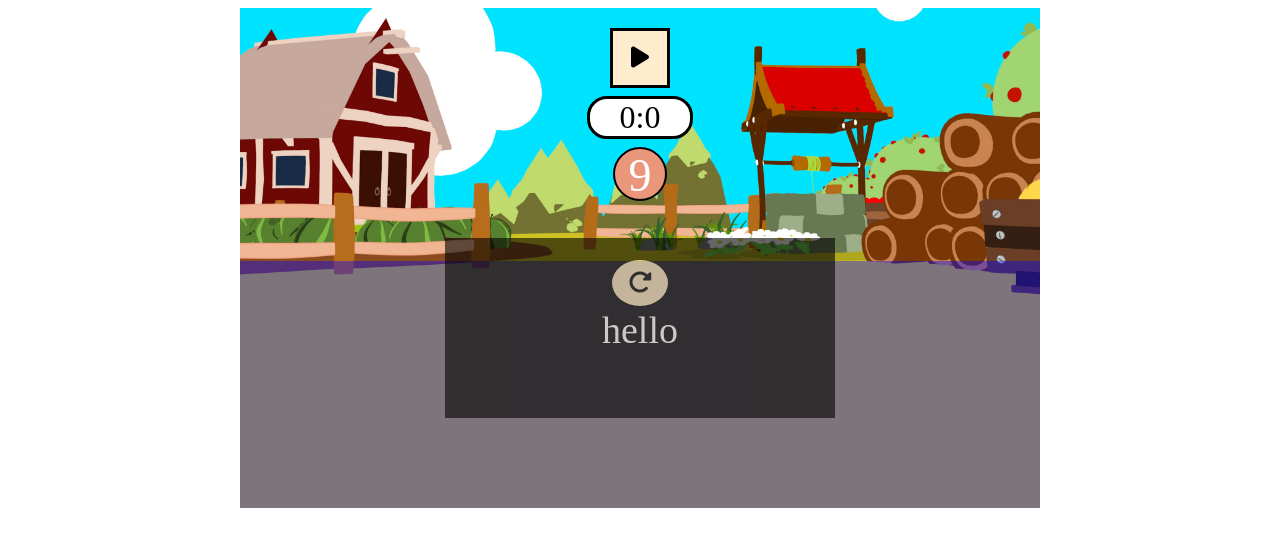
Repository: ggandory/browser101
Page: chapter7/carrot/index.html
The author's editor kept a copy of each file at every save. The page is drawn from the files as they stood at one save, then again after the next save.
The browser window is 1280 px wide. The pictures show the whole page.
Some web libraries are served in a nearby version.

Above is the page before, as saved 2024-05-01 23:06:24.

After the next save:
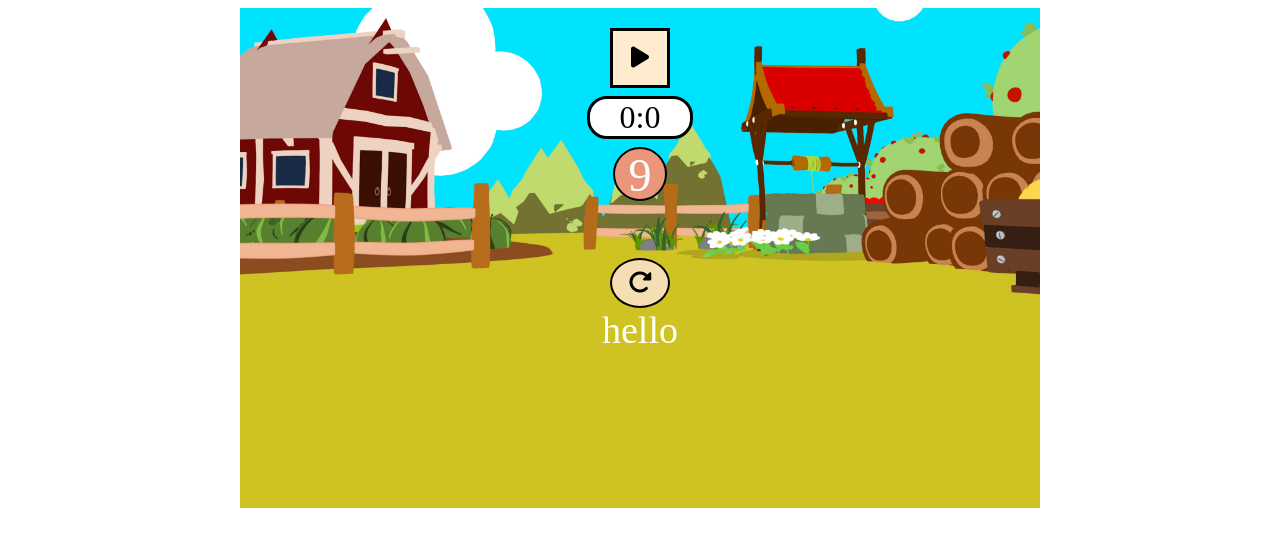
Saved 91 s later.
--- a/chapter7/carrot/style.css
+++ b/chapter7/carrot/style.css
@@ -61,7 +61,6 @@ body {
   width: 100%;
   height: 100%;
   margin-top: 40px;
-  background-color: blue;
   opacity: 0.4;
 }
 
@@ -69,10 +68,10 @@ body {
   width: 350px;
   height: 140px;
   padding: 20px;
-  background-color: black;
+  background-color: 00000070;
   color: white;
-  opacity: 0.6;
   text-align: center;
+  border-radius: 20px;
   margin: auto;
   transform: translateY(-150%);
 }
@@ -82,7 +81,6 @@ body {
   font-size: 24px;
   background-color: wheat;
   border: 2px solid black;
-
   border-radius: 50%;
 }
 
